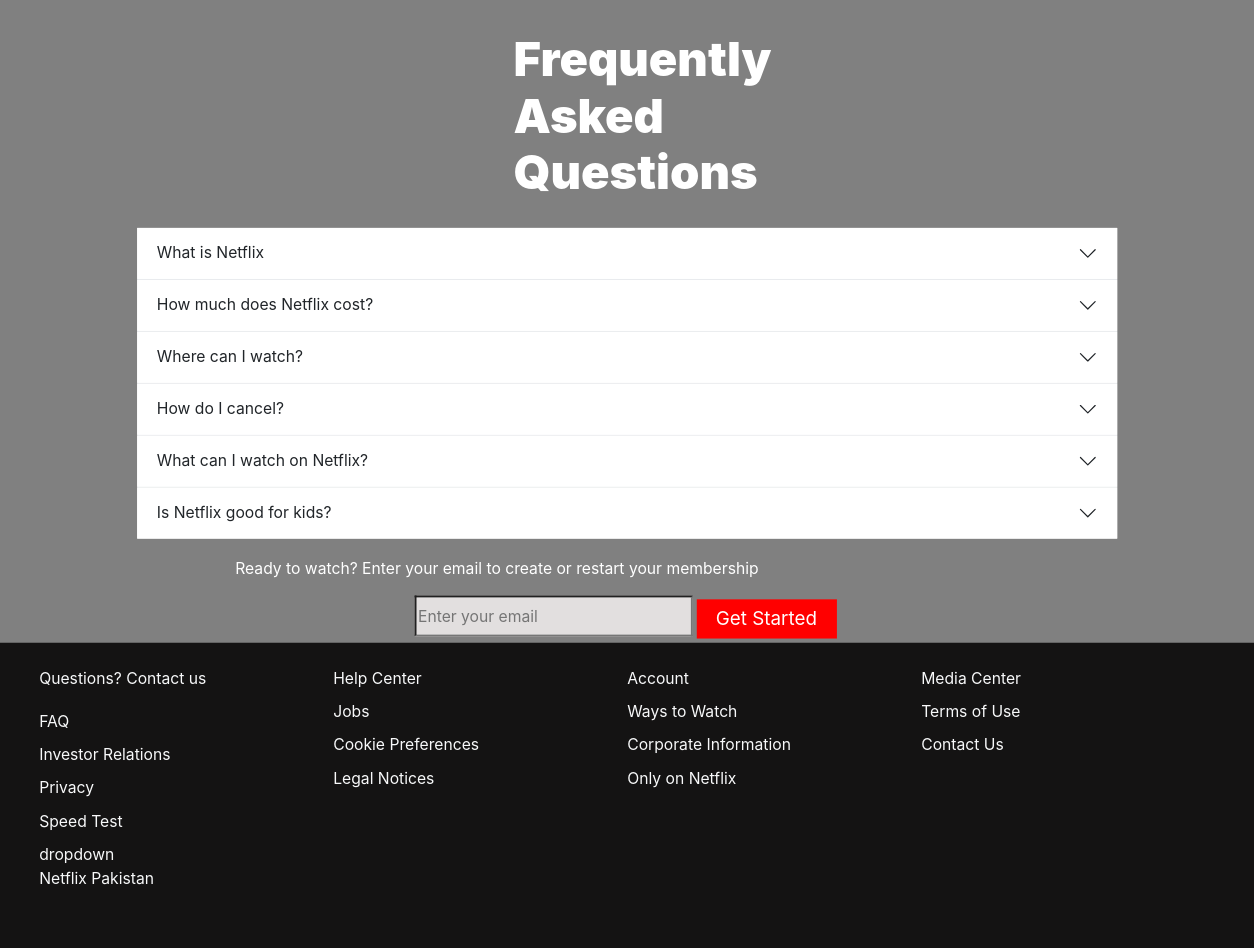
Repository: WajihaGul/Netflix-Clone
Page: /
These files come from the project's save history. The page is drawn as it stood at one moment and after the next save; the edit follows.
The browser window is 1280 px wide. The pictures show the part of the page from y = 621 to 1589 px (the page is 1589 px tall), at 98% of full size.
The project was rebuilt for these pictures with package versions that can differ from the ones it lists, and the page was loaded fresh each time. Also part of the build but not shown: src/App.css.

Above is the page before, as saved 2024-05-24 16:36:09.

After the next save:
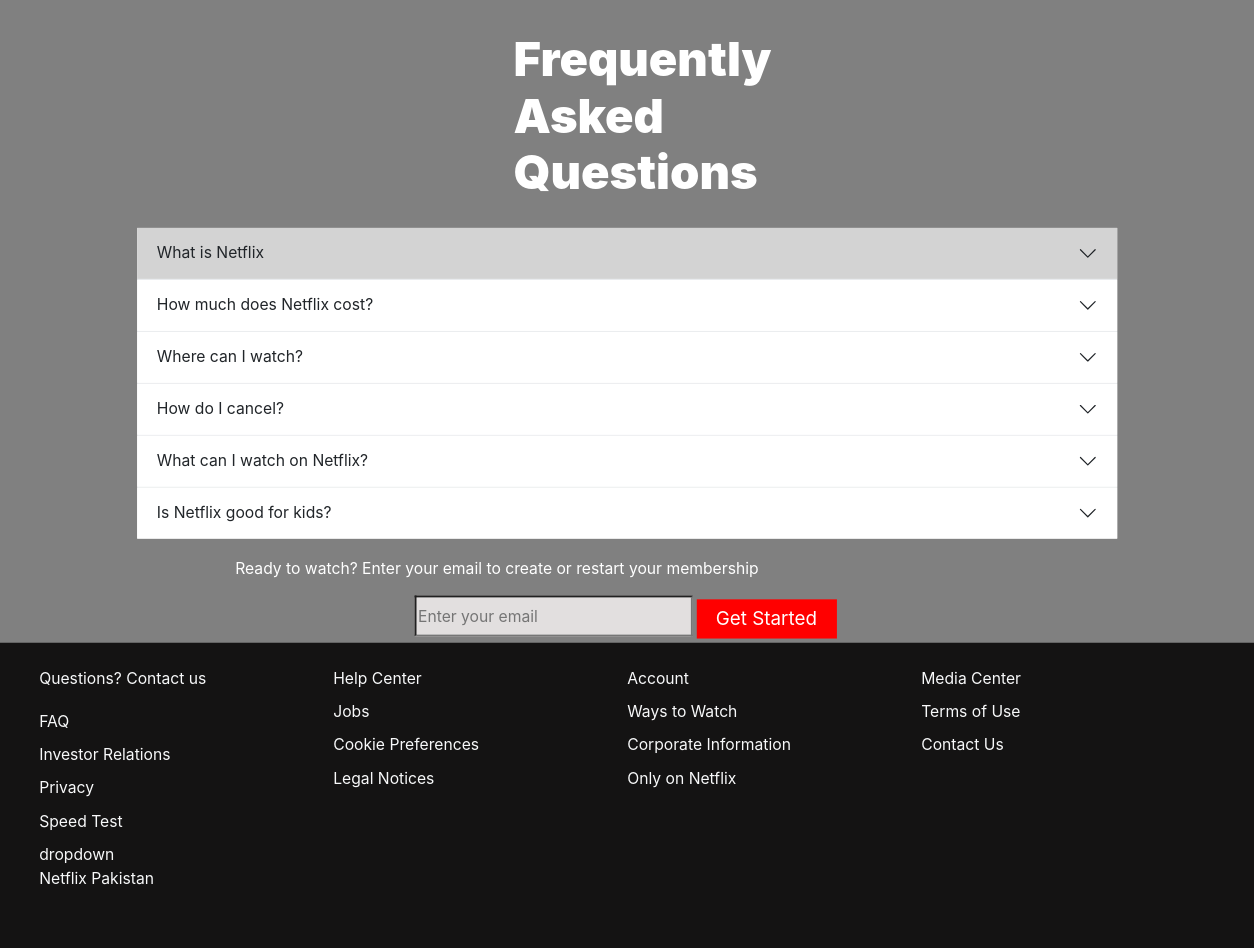
Saved 74 s later.
--- a/src/Components/FAQs/FAQs.jsx
+++ b/src/Components/FAQs/FAQs.jsx
@@ -18,6 +18,7 @@
                 data-bs-target="#flush-collapseOne"
                 aria-expanded="false"
                 aria-controls="flush-collapseOne"
+                style={{ backgroundColor: "lightgray" }}
               >
                 What is Netflix
               </button>
